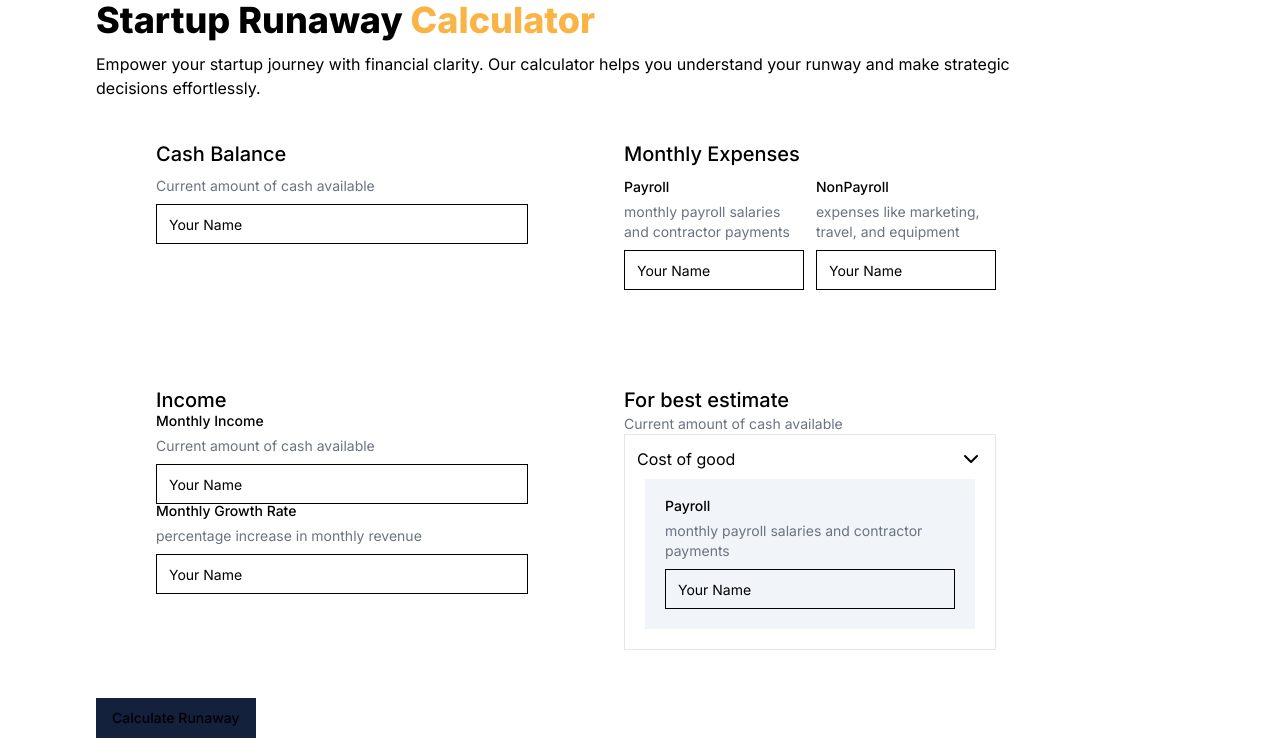
Repository: wossenF/startup-runaway-calculator
Page: /
These files come from the project's save history. The page is drawn as it stood at one moment and after the next save; the edit follows.
The browser window is 1280 px wide. The pictures show the whole page.
The project was rebuilt for these pictures with package versions that can differ from the ones it lists, and the page was loaded fresh each time. The framework's server and built-in components were replaced by stand-ins that run in the browser. Also part of the build but not shown: next.config.mjs.

Above is the page before, as saved 2024-04-08 14:10:55.

### src/app/page.tsx
import UserInput from "../components/UserInput";
import {Button} from '../components/ui/button'
export default function Home() {
  return (
    <main className="ml-24 w-3/4 mx-auto">
      <h1 className="font-extrabold text-4xl">Startup Runaway <span className="text-[#FAB446]">Calculator</span></h1>
      <p className="mx-auto max-w-screen-md lg:max-w-screen-lg xl:max-w-screen-xl p-3 pl-0">Empower your startup journey with financial clarity. Our calculator  helps you understand your runway and make strategic decisions  effortlessly.</p>
      <UserInput/>
      <Button className="mb-4">Calculate Runaway</Button>
    </main>
  );
}

### src/components/UserInput.tsx
"use client";
import { Input } from "./ui/input";
import { Label } from "./ui/label";
import { ChevronDown } from "lucide-react";
import {Button} from "./ui/button"
const UserInput = () => {
  return (
    <>
    <div className="container grid grid-cols-1 lg:grid-cols-2 gap-10 pb-5">
      <div className="bg-secondary/50 rounded-lg p-7  ">
        <form className="grid gap-2">
          <Label className="font-medium text-xl">Cash Balance</Label>
          <p className="text-gray-500 text-sm ">
            Current amount of cash available
          </p>
          <Input name="name" placeholder="Your Name" />
        </form>
      </div>

      <div className=" bg-secondary/50 rounded-lg p-7  grid gap-2">
        <Label className="font-medium text-xl">Monthly Expenses</Label>
        <div className="grid grid-cols-2 gap-3 pt-1">
          <div>
            <form className="grid gap-2">
              <Label className="">Payroll</Label>
              <p className="text-gray-500 text-sm ">
                monthly payroll salaries and contractor payments
              </p>
              <Input name="name" placeholder="Your Name" />
            </form>
          </div>
          <div>
            <form className="grid gap-2">
              <Label className="">NonPayroll</Label>
              <p className="text-gray-500 text-sm ">
                expenses like marketing, travel, and equipment
              </p>
              <Input name="name" placeholder="Your Name" />
            </form>
          </div>
        </div>
      </div>

      <div className=" bg-secondary/50 rounded-lg p-7">
        <Label className="font-medium text-xl">Income</Label>

            <form className="grid gap-2">
              <Label className="">Monthly Income</Label>
              <p className="text-gray-500 text-sm ">
                Current amount of cash available
              </p>
              <Input name="name" placeholder="Your Name" />
            </form>


            <form className="grid gap-2">
              <Label className="">Monthly Growth Rate</Label>
              <p className="text-gray-500 text-sm ">
                percentage increase in monthly revenue
              </p>
              <Input name="name" placeholder="Your Name" />
            </form>
      </div>

      {/* optional parameters */}
      <div className="bg-secondary/50 rounded-lg p-7  ">
          <Label className="font-medium text-xl">For best estimate</Label>
          <p className="text-gray-500 text-sm ">
            Current amount of cash available
          </p>
          <div className="p-3 gap-20 border rounded-md  ">
            <div className="flex justify-between ">
              <p>Cost of good </p>
              <ChevronDown />
            </div>

            <div className=" p-5 bg-slate-100 m-2">
            <form className="grid gap-2">
              <Label className="">Payroll</Label>
              <p className="text-gray-500 text-sm ">
                monthly payroll salaries and contractor payments
              </p>
              <Input name="name" placeholder="Your Name" />
            </form>
          </div>
          </div>
      </div>
    </div>

    </>
  );
};

export default UserInput;

### src/components/ui/button.tsx
import * as React from "react"
import { Slot } from "@radix-ui/react-slot"
import { cva, type VariantProps } from "class-variance-authority"

import { cn } from "@/lib/utils"

const buttonVariants = cva(
  "inline-flex items-center justify-center whitespace-nowrap text-sm font-medium ring-offset-background transition-colors focus-visible:outline-none focus-visible:ring-2 focus-visible:ring-ring focus-visible:ring-offset-2 disabled:pointer-events-none disabled:opacity-50",
  {
    variants: {
      variant: {
        default: "bg-[#13213C] text-primary-foreground hover:bg-primary/90",
        destructive:
          "bg-destructive text-destructive-foreground hover:bg-destructive/90",
        outline:
          "border border-input bg-background hover:bg-accent hover:text-accent-foreground",
        secondary:
          "bg-secondary text-secondary-foreground hover:bg-secondary/80",
        ghost: "hover:bg-accent hover:text-accent-foreground",
        link: "text-primary underline-offset-4 hover:underline",
      },
      size: {
        default: "h-10 px-4 py-2",
        sm: "h-9 rounded-md px-3",
        lg: "h-11 rounded-md px-8",
        icon: "h-10 w-10",
      },
    },
    defaultVariants: {
      variant: "default",
      size: "default",
    },
  }
)

export interface ButtonProps
  extends React.ButtonHTMLAttributes<HTMLButtonElement>,
    VariantProps<typeof buttonVariants> {
  asChild?: boolean
}

const Button = React.forwardRef<HTMLButtonElement, ButtonProps>(
  ({ className, variant, size, asChild = false, ...props }, ref) => {
    const Comp = asChild ? Slot : "button"
    return (
      <Comp
        className={cn(buttonVariants({ variant, size, className }))}
        ref={ref}
        {...props}
      />
    )
  }
)
Button.displayName = "Button"

export { Button, buttonVariants }

### src/components/ui/input.tsx
import * as React from "react"

import { cn } from "@/lib/utils"

export interface InputProps
  extends React.InputHTMLAttributes<HTMLInputElement> {}

const Input = React.forwardRef<HTMLInputElement, InputProps>(
  ({ className, type, ...props }, ref) => {
    return (
      <input
        type={type}
        className={cn(
          "flex h-10 w-full rounded-md border border-input bg-background px-3 py-2 text-sm ring-offset-background file:border-0 file:bg-transparent file:text-sm file:font-medium placeholder:text-muted-foreground focus-visible:outline-none focus-visible:ring-2 focus-visible:ring-ring focus-visible:ring-offset-2 disabled:cursor-not-allowed disabled:opacity-50",
          className
        )}
        ref={ref}
        {...props}
      />
    )
  }
)
Input.displayName = "Input"

export { Input }

### src/components/ui/label.tsx
"use client"

import * as React from "react"
import * as LabelPrimitive from "@radix-ui/react-label"
import { cva, type VariantProps } from "class-variance-authority"

import { cn } from "@/lib/utils"

const labelVariants = cva(
  "text-sm font-medium leading-none peer-disabled:cursor-not-allowed peer-disabled:opacity-70"
)

const Label = React.forwardRef<
  React.ElementRef<typeof LabelPrimitive.Root>,
  React.ComponentPropsWithoutRef<typeof LabelPrimitive.Root> &
    VariantProps<typeof labelVariants>
>(({ className, ...props }, ref) => (
  <LabelPrimitive.Root
    ref={ref}
    className={cn(labelVariants(), className)}
    {...props}
  />
))
Label.displayName = LabelPrimitive.Root.displayName

export { Label }

Loaded but not shown: src/app/layout.tsx (common file); src/app/globals.css (common file); src/lib/utils.ts (common file); tailwind.config.ts (common file)

After the next save:
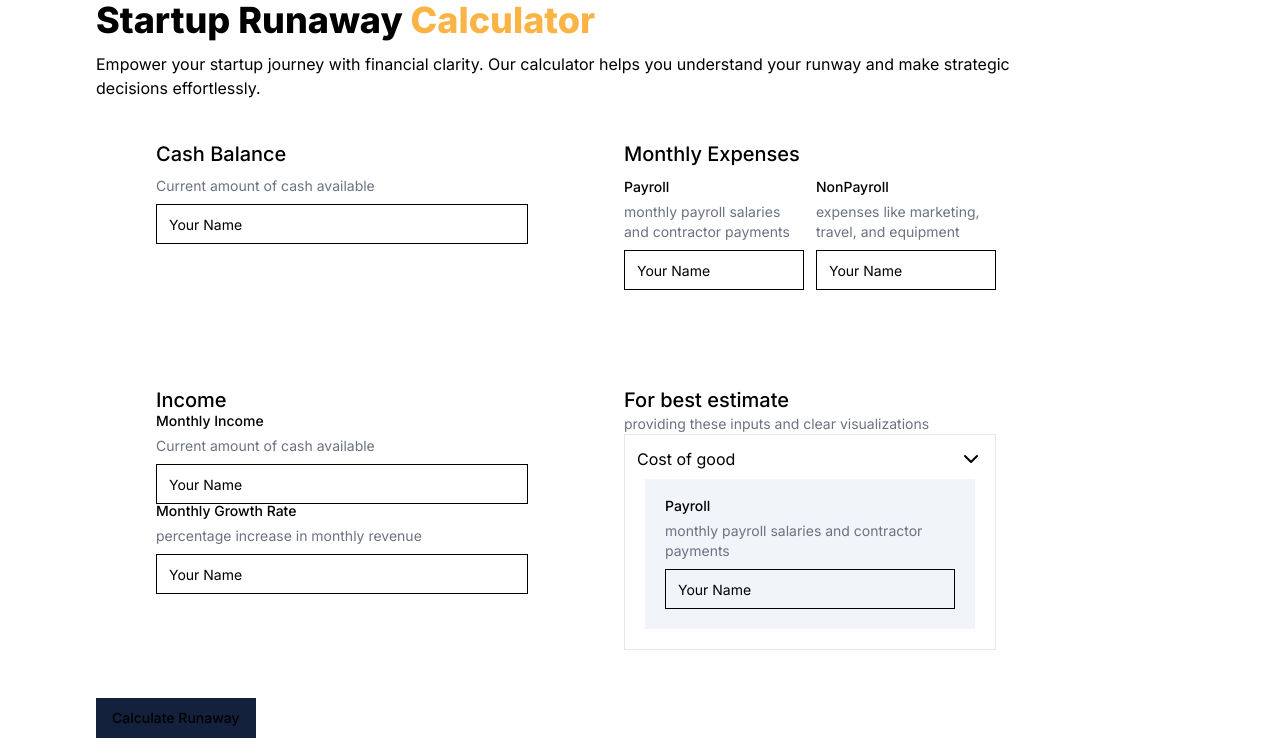
Saved 26 s later.
--- a/src/components/UserInput.tsx
+++ b/src/components/UserInput.tsx
@@ -66,7 +66,7 @@ const UserInput = () => {
       <div className="bg-secondary/50 rounded-lg p-7  ">
           <Label className="font-medium text-xl">For best estimate</Label>
           <p className="text-gray-500 text-sm ">
-            Current amount of cash available
+          providing these inputs and clear visualizations
           </p>
           <div className="p-3 gap-20 border rounded-md  ">
             <div className="flex justify-between ">
